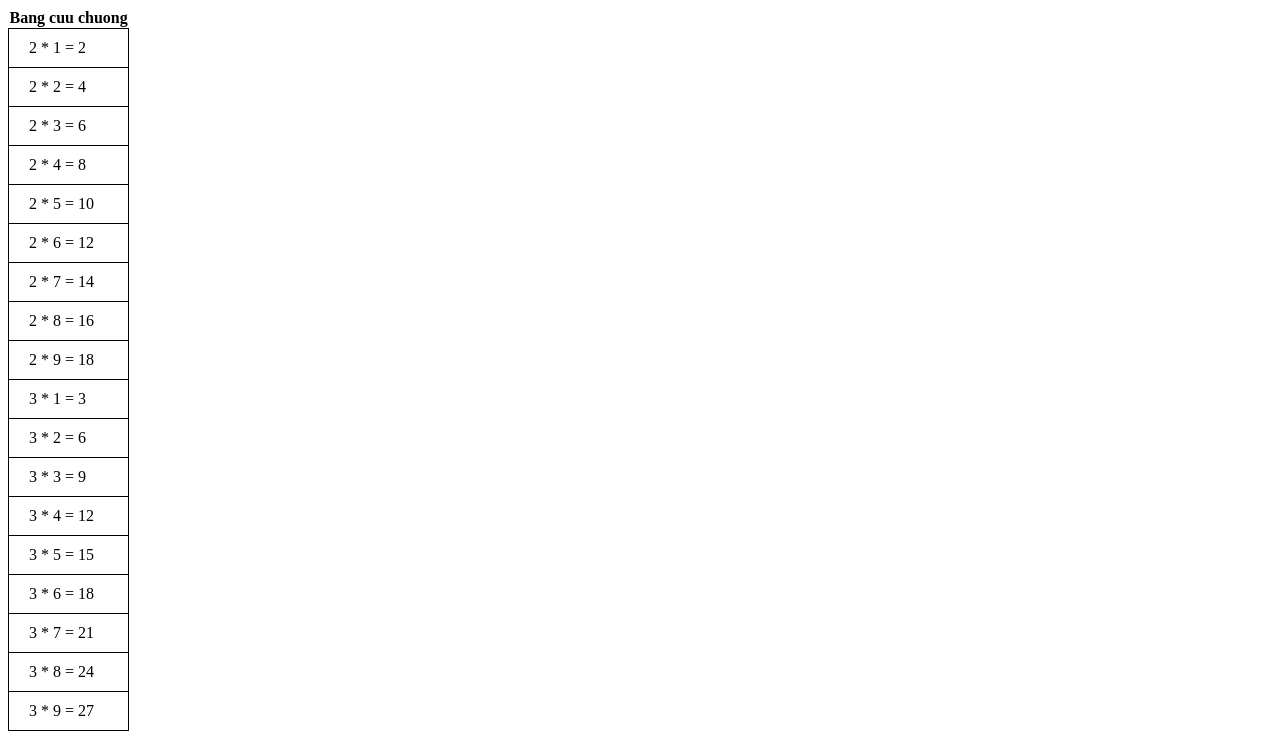
Repository: lhggiang/bangcuuchuong
Page: index.html
These files come from the project's save history. The page is drawn as it stood at one moment and after the next save; the edit follows.
The browser window is 1280 px wide. The pictures show the whole page.

Above is the page before, as saved 2023-05-19 10:18:19.

### index.html
<!DOCTYPE html>
<html lang="en">

<head>
    <meta charset="UTF-8">
    <meta http-equiv="X-UA-Compatible" content="IE=edge">
    <meta name="viewport" content="width=device-width, initial-scale=1.0">
    <title>Document</title>
    <style>
        table {
            border-collapse: collapse;
            border-spacing: 0;
        }

        td {
            padding: 10px 20px;
            border: 1px solid #000;
        }
    </style>
</head>

<body id="body">
    <script src="./javascript.js"></script>
</body>

</html>

### javascript.js
let table = document.createElement("table");
let thead = document.createElement("thead");
let tbody = document.createElement("tbody");

// Adding the entire table to the body tag
document.getElementById("body").appendChild(table);
let row_1 = document.createElement("tr");
let heading_1 = document.createElement("th");
heading_1.innerHTML = "Bang cuu chuong";

row_1.appendChild(heading_1);
thead.appendChild(row_1);
table.appendChild(thead);
table.appendChild(tbody);
for (let i = 1; i <= 9; i++) {
  let row_2 = document.createElement("tr");
  let row_2_data_1 = document.createElement("td");
  row_2_data_1.innerHTML = `2 * ${i} = ${i * 2}`;
  row_2.appendChild(row_2_data_1);
  tbody.appendChild(row_2);
  table.appendChild(thead);
  table.appendChild(tbody);
}
for (let i = 1; i <= 9; i++) {
  let row_3 = document.createElement("tr");
  let row_3_data_1 = document.createElement("td");
  row_3_data_1.innerHTML = `3 * ${i} = ${i * 3}`;
  row_3.appendChild(row_3_data_1);
  tbody.appendChild(row_3);
}

After the next save:
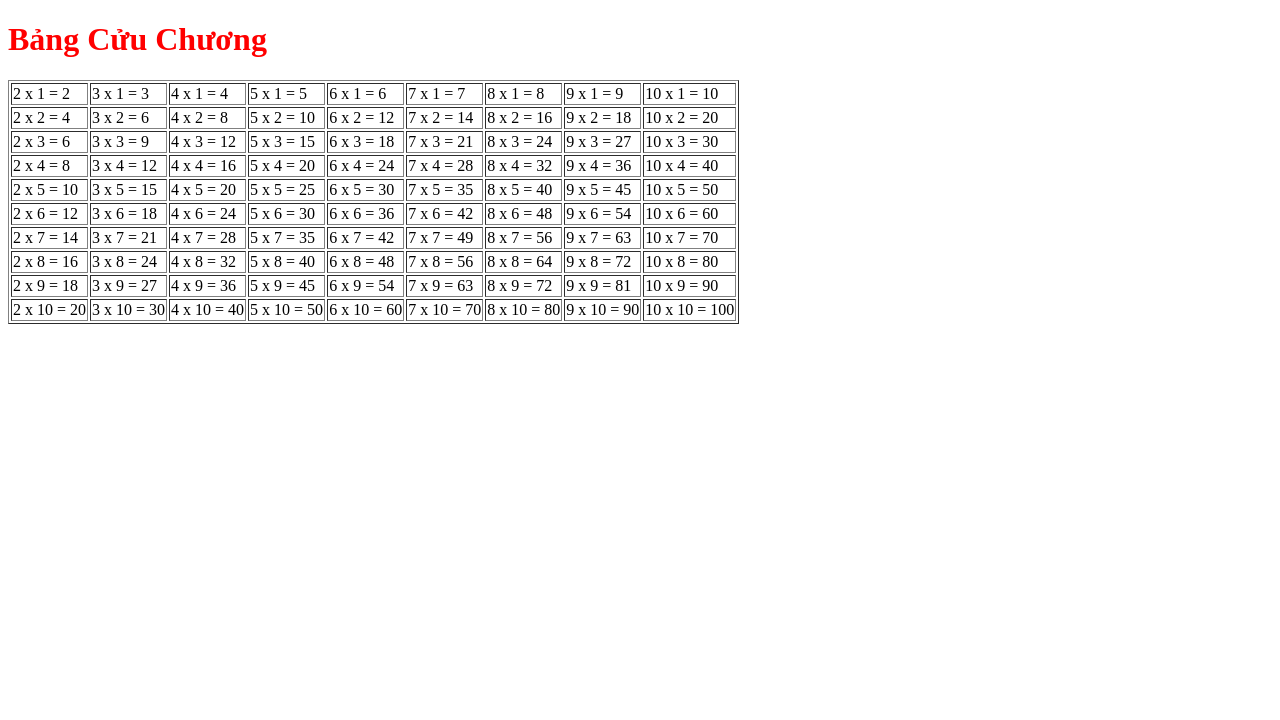
Saved 8 h 53 min later.
--- a/index.html
+++ b/index.html
@@ -6,21 +6,23 @@
     <meta http-equiv="X-UA-Compatible" content="IE=edge">
     <meta name="viewport" content="width=device-width, initial-scale=1.0">
     <title>Document</title>
-    <style>
-        table {
-            border-collapse: collapse;
-            border-spacing: 0;
-        }
 
-        td {
-            padding: 10px 20px;
-            border: 1px solid #000;
-        }
-    </style>
 </head>
 
-<body id="body">
-    <script src="./javascript.js"></script>
+<body>
+    <table border="1" id="table">
+        <h1 style="text-align: left; color: red;">Bảng Cửu Chương</h1>
+    </table>
+    <script>
+        let str = "";
+        for (let i = 1; i <= 10; i++) {
+            str += "<tr>";
+            for (let k = 2; k <= 10; k++) {
+                str += `<td> ${k} x ${i} = ${i * k}</td>`;
+            }
+        }
+        document.getElementById("table").innerHTML = str;
+    </script>
 </body>
 
 </html>
